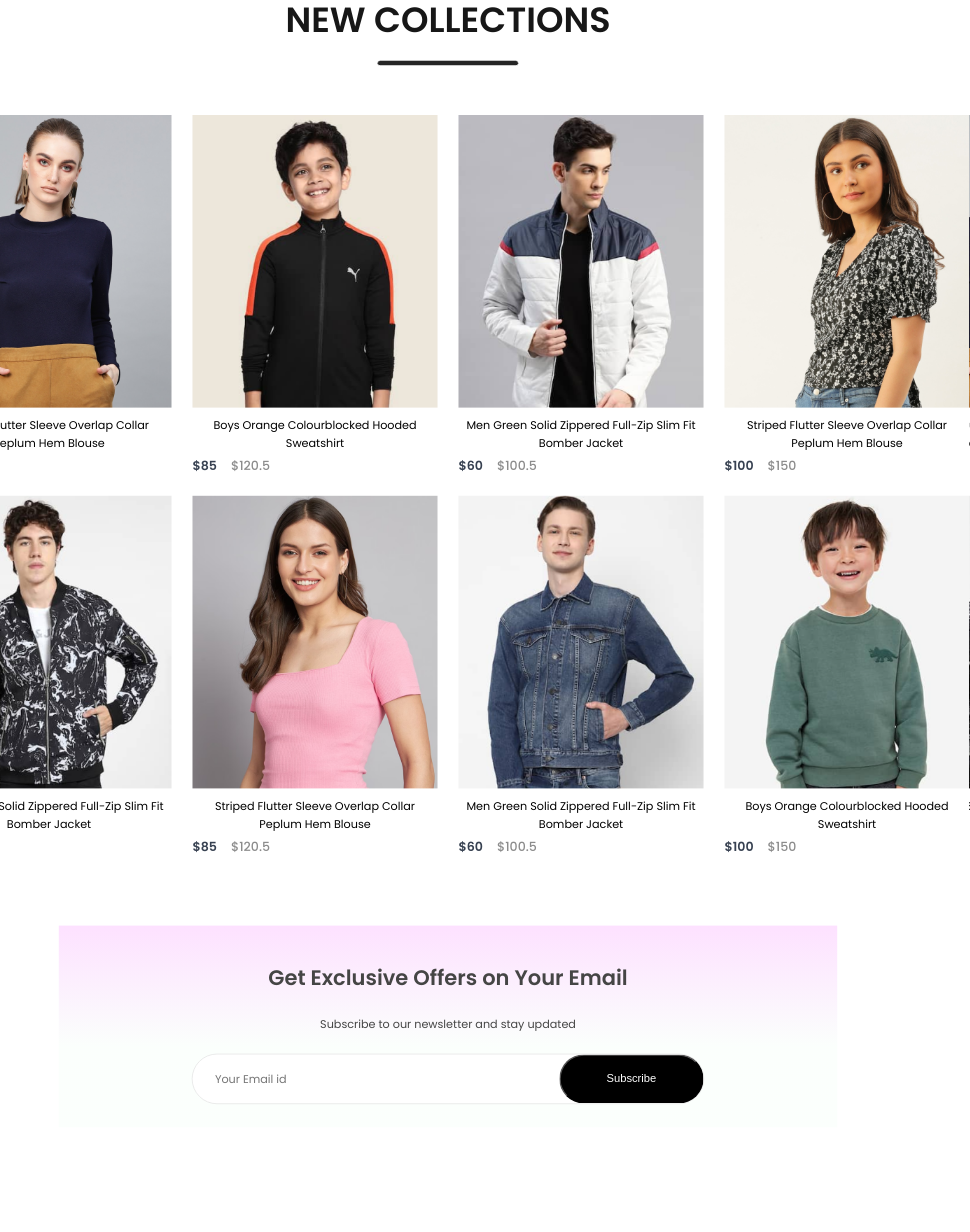
Repository: saritha55/EcommerceReactJs
Page: /
An editor plug-in stored every save of this project. The page is shown before and after the next save, followed by the edit.
The browser window is 1280 px wide. The page is 1385 px wide, so the pictures cover 1385 px, including what lies to the right of the window. The pictures show the part of the page from y = 2056 to 3816 px (the page is 3816 px tall), at 70% of full size.
The project was rebuilt for these pictures with package versions that can differ from the ones it lists, and the page was loaded fresh each time. Also part of the build but not shown: src/Pages/ShopCategory.jsx, src/Pages/Product.jsx, src/Pages/Cart.jsx, src/Pages/LoginSignup.jsx.

Above is the page before, as saved 2024-12-02 17:34:29.

### public/index.html
<!DOCTYPE html>
<html lang="en">
  <head>
    <meta charset="utf-8" />
    <link rel="icon" href="%PUBLIC_URL%/favicon.ico" />
    <meta name="viewport" content="width=device-width, initial-scale=1" />
    <meta name="theme-color" content="#000000" />
    <meta
      name="description"
      content="Web site created using create-react-app"
    />
    <link rel="apple-touch-icon" href="%PUBLIC_URL%/logo192.png" />
    <!--
      manifest.json provides metadata used when your web app is installed on a
      user's mobile device or desktop. See https://developers.google.com/web/fundamentals/web-app-manifest/
    -->
    <link rel="manifest" href="%PUBLIC_URL%/manifest.json" />

    <link rel="preconnect" href="https://fonts.googleapis.com">
    <link rel="preconnect" href="https://fonts.gstatic.com" crossorigin>
    <link href="https://fonts.googleapis.com/css2?family=Poppins:ital,wght@0,100;0,200;0,300;0,400;0,500;0,600;0,700;0,800;0,900;1,100;1,200;1,300;1,400;1,500;1,600;1,700;1,800;1,900&display=swap" rel="stylesheet">
    <!--
      Notice the use of %PUBLIC_URL% in the tags above.
      It will be replaced with the URL of the `public` folder during the build.
      Only files inside the `public` folder can be referenced from the HTML.

      Unlike "/favicon.ico" or "favicon.ico", "%PUBLIC_URL%/favicon.ico" will
      work correctly both with client-side routing and a non-root public URL.
      Learn how to configure a non-root public URL by running `npm run build`.
    -->
    <title>E-commerce</title>
  </head>
  <body>
    <noscript>You need to enable JavaScript to run this app.</noscript>
    <div id="root"></div>
    <!--
      This HTML file is a template.
      If you open it directly in the browser, you will see an empty page.

      You can add webfonts, meta tags, or analytics to this file.
      The build step will place the bundled scripts into the <body> tag.

      To begin the development, run `npm start` or `yarn start`.
      To create a production bundle, use `npm run build` or `yarn build`.
    -->
  </body>
</html>

### src/App.js
import './App.css';
import Navbar from './Components/Navbar/Navbar';
import { BrowserRouter, Routes,Route } from 'react-router-dom';
import Shop from './Pages/Shop';
import ShopCategory
 from './Pages/ShopCategory';
import Product from './Pages/Product';
import Cart from './Pages/Cart';
import LoginSignup from './Pages/LoginSignup';

function App() {
  return (
    <div className="App">
      <BrowserRouter>
      <Navbar />
      <Routes>
        <Route path ='/' element={<Shop/>} />
        <Route path ='/mens' element={<ShopCategory category="men"/>} />
        <Route path ='/womens' element={<ShopCategory category="women"/>} />
        <Route path ='/kids' element={<ShopCategory category="kid"/>} />
        <Route path="product" element={<Product/>}>
            <Route path=':productId' element={<Product/>} />
        </Route>
        <Route path ='/cart' element={<Cart/>} />
        <Route path ='/login' element={<LoginSignup/>} />

      </Routes>
      </BrowserRouter>
    </div>
  );
}

export default App;

### src/Components/Navbar/Navbar.jsx
import React from 'react'
import { useState } from 'react'
import './Navbar.css'
import logo from '../Assets/logo.png'
import cart_icon from '../Assets/cart_icon.png'
import { Link } from 'react-router-dom'

const Navbar = () => {

    const [menu,setMenu] = useState("shop");

  return (
    <div className='navbar'>
      <div className="nav-logo">
        <img src={logo} alt="" />
        <p>SHOPPER</p>
      </div>
      <ul className="nav-menu">
        <li onClick={()=>{setMenu("shop")}} > <Link  style={{ textDecoration: 'none'}} to='/'>Shop</Link> {menu==="shop"?<hr/>:<></>} </li>
        <li onClick={()=>{setMenu("mens")}}><Link style={{ textDecoration: 'none'}} to='/mens'>Men </Link>{menu==="mens"?<hr/>:<></>}</li>
        <li onClick={()=>{setMenu("womens")}}><Link style={{ textDecoration: 'none'}} to='/womens'>Women </Link> {menu==="womens"?<hr/>:<></>}</li>
        <li onClick={()=>{setMenu("kids")}}> <Link style={{ textDecoration: 'none'}} to='/kids'>Kids</Link> {menu==="kids"?<hr/>:<></>}</li>
      </ul>
      <div className="nav-login-cart">
        <Link to='/login'><button>Login</button></Link>
        <Link to='/cart'><img src={cart_icon} alt="" /></Link>
        <div className="nav-cart-count">0</div>
      </div>
    </div>
  )
}

export default Navbar

### src/Components/Navbar/Navbar.css
.navbar{
    display: flex;
    justify-content: space-around;
    padding: 16px;
    box-shadow: 0 1px 3px -2px black;
}

.nav-logo{
    display: flex;
    align-items: center;
    gap: 10px;
}
.nav-logo p{
    color: #171717;
    font-size: 38px;
    font-weight: 600;
}
.nav-menu{
    display: flex;
    align-items: center;
    list-style: none;
    gap: 50px;
    color: #626262;
    font-size: 20px;
    font-weight: 500;
}
.nav-menu li{
    display: flex;
    flex-direction: column;
    align-items: center;
    gap: 3px;
    cursor: pointer;
}
.nav-menu hr{
    border: none;
    width: 80%;
    height: 3px;
    border-radius: 10px;
    background: #ff4141;
}
.nav-login-cart{
    display: flex;
    align-items: center;
    gap: 45px;
}
.nav-login-cart button{
    width: 157px;
    height: 58px;
    outline: none;
    border: 1px solid #7a7a7a;
    border-radius: 75px;
    color: #515151;
    font-size: 20px;
    font-weight: 500;
    background: white;
    cursor: pointer;

}
.nav-login-cart button:active{
    background: #f3f3f3;
}
.nav-cart-count{
    width: 22px;
    height: 22px;
    display: flex;
    justify-content: center;
    align-items: center;
    margin-top: -35px;
    margin-left: -55px;
    border-radius: 11px;
    font-size: 14px;
    background: red;
    color: white;
}

### src/Components/Hero/Hero.jsx
import React from 'react'
import './Hero.css'
import hand_icon from '../Assets/hand_icon.png'
import arrow_icon from '../Assets/arrow.png'
import hero_image from '../Assets/hero_image.png'

const Hero = () => {
  return (
    <div className='hero'>
      <div className="hero-left">
        <h2>New ARRIVALS ONLY</h2>
        <div>
            <div className="hero-hand-icon">
                <p>new</p>
                <img src={hand_icon} alt="" />
            </div>
            <p>Collections</p>
            <p>for everyone</p>
        </div>
        <div className="hero-latest-btn">
            <div>Latest Collection</div>
            <img src={arrow_icon} alt="" />
        </div>
      </div>
      <div className="hero-right">
        <img src={hero_image} alt="" />

      </div>
    </div>
  )
}

export default Hero

### src/Components/Popular/Popular.jsx
import React from 'react'
import './Popular.css'
import data_product from '../Assets/data'
import Item from '../Item/Item'


const Popular = () => {
  return (
    <div className='popular'>
      <h1>POPULAR IN WOMEN</h1>
      <hr />
      <div className="popular-item">
        {data_product.map((item,i)=>{
            return <Item key={i} id={item.id} name={item.name} image={item.image} new_price={item.new_price} old_price={item.old_price} />
        })}
      </div>
    </div>
  )
}

export default Popular

### src/Components/Offers/Offers.jsx
import React from 'react'
import './Offers.css'
import exclusive_image from '../Assets/exclusive_image.png'

const Offers = () => {
  return (
    <div className='offers'>
      <div className="offers-left">
        <h1>Exclusive</h1>
        <h1>Offers For You</h1>
        <p>ONLY ON BEST SELLERS PRODUCTS</p>
        <button>Check Now</button>
      </div>
      <div className="offers-right">
            <img src={exclusive_image} alt="" />
      </div>
    </div>
  )
}

export default Offers

### src/Components/NewCollections/NewCollections.jsx
import React from 'react'
import './NewCollections.css'
import new_collection from '../Assets/new_collections'
import Item from '../Item/Item'

const NewCollections = () => {
  return (
    <div className='newcollections'>
      <h1>NEW COLLECTIONS</h1>
      <hr />
      <div className="collections">
      {new_collection.map((item,i)=>{
            return <Item key={i} id={item.id} name={item.name} image={item.image} new_price={item.new_price} old_price={item.old_price} />
        })}
      </div>
    </div>
  )
}

export default NewCollections

### src/Components/NewsLetter/NewsLetter.jsx
import React from 'react'
import './NewsLetter.css'

const NewsLetter = () => {
  return (
    <div className='newsletter'>
      <h1>Get Exclusive Offers on Your Email</h1>
      <p>Subscribe to our newsletter and stay updated</p>
      <div>
        <input type="email" placeholder='Your Email id' />
        <button>Subscribe</button>

      </div>
    </div>
  )
}

export default NewsLetter

### src/Components/Hero/Hero.css
.hero{
    height: 100vh;
    background: linear-gradient(180deg, #fde1ff, #e1ffea22 60%);
    display: flex;

}
.hero-left{
    flex: 1;
    display: flex;
    flex-direction: column;
    justify-content: center;
    gap: 20px;
    padding-left: 180px;
    line-height: 1.1;

}
.hero-left h2{
    color: #090909;
    font-size: 26px;
    font-weight: 600;
}
.hero-left p{
    color: #171717;
    font-size: 45px;
    font-weight: 700;
}
.hero-hand-icon{
   display: flex;
   align-items: center;
   gap: 20px;
}
.hero-hand-icon img{
    width: 105px;
}
.hero-latest-btn{
    display: flex;
    justify-content: center;
    align-items: center;
    gap: 15px;
    width: 310px;
    height: 70px;
    border-radius: 75px;
    margin-top: 30px;
    background: #ff4141;
    color: white;
    font-size: 22px;
    font-weight: 500;

}
.hero-right{
    flex: 1;
    display: flex;
    align-items: center;
    justify-content: center;
}
.hero-right img{
    width: 80%;

}

### src/Components/Popular/Popular.css
.popular{
    display: flex;
    flex-direction: column;
    align-items: center;
    gap: 10px;
    height: 90vh;
}

.popular h1{
    color: #171717;
    font-size: 50px;
    font-weight: 600;
}
.popular hr{
    width: 200px;
    height: 6px;
    border-radius: 10px;
    background: #252525;
}

.popular-item{
    margin-top: 50px;
    display: flex;
    gap: 30px;
}

### src/Components/Assets/data.js
import p1_img from './product_1.png'
import p2_img from './product_2.png'
import p3_img from './product_3.png'
import p4_img from './product_4.png'

let data_product = [
  {
    id:1,
    name:"Striped Flutter Sleeve Overlap Collar Peplum Hem Blouse",
    image:p1_img,
    new_price:50.00,
    old_price:80.50,
  },
  {id:2,
    name:"Striped Flutter Sleeve Overlap Collar Peplum Hem Blouse",
    image:p2_img,
    new_price:85.00,
    old_price:120.50,
  },
  {id:3,
    name:"Striped Flutter Sleeve Overlap Collar Peplum Hem Blouse",
    image:p3_img,
    new_price:60.00,
    old_price:100.50,
  },
  {id:4,
    name:"Striped Flutter Sleeve Overlap Collar Peplum Hem Blouse",
    image:p4_img,
    new_price:100.00,
    old_price:150.00,
  },
];

export default data_product;

### src/Components/Item/Item.jsx
import React from 'react'
import './Item.css'

const Item = (props) => {
  return (
    <div className='item'>
        <img src={props.image} alt="" />
        <p>{props.name}</p>
        <div className="item-prices">
            <div className="item-price-new">
                ${props.new_price}
            </div>
            <div className="item-price-old">
                ${props.old_price}
            </div>

        </div>

    </div>
  )
}

export default Item

### src/Components/Offers/Offers.css
.offers{
    width: 65%;
    height: 60vh;
    display: flex;
    margin: auto;
    padding: 0px 140px;
    margin-bottom: 150px;
    background: linear-gradient(180deg, #fde1ff 0%,#e1ffea22 60%);

}
.offers-left{
    flex: 1;
    display: flex;
    flex-direction: column;
    justify-content: center;
}
.offers-left h1{
    color: #171717;
    font-size: 80px;
    font-weight: 600;
}
.offers-left p{
    color: #171717;
    font-size: 22px;
    font-weight: 600;
}
.offers-left button{
    width: 282px;
    height: 70px;
    border-radius: 35px;
    background: #ff4141;
    border: none;
    color: white;
    font-size: 22px;
    font-weight: 500;
    margin-top: 30px;
    cursor: pointer;

}
.offers-right{
    flex: 1;
    display: flex;
    align-items: center;
    justify-content: flex-end;
    padding-top: 50px;
}

### src/Components/NewCollections/NewCollections.css
.newcollections{
    display: flex;
    flex-direction: column;
    align-items: center;
    gap: 20px;
    margin-bottom: 100px;
}

.newcollections h1{
    color: #171717;
    font-size: 50px;
    font-weight: 600;
}
.newcollections hr{
    width: 200px;
    height: 6px;
    border-radius: 10px;
    background: #252525;
}

.collections{
    display: grid;
    grid-template-columns: 1fr 1fr 1fr 1fr;
    margin-top: 50px;
    gap: 30px;
}

### src/Components/Assets/new_collections.js
import p1_img from "./product_12.png";
import p2_img from "./product_35.png";
import p3_img from "./product_14.png";
import p4_img from "./product_8.png";
import p5_img from "./product_15.png";
import p6_img from "./product_2.png";
import p7_img from "./product_17.png";
import p8_img from "./product_28.png";

let new_collections = [
  {
    id: 12,
    name: "Striped Flutter Sleeve Overlap Collar Peplum Hem Blouse",
    image: p1_img,
    new_price: 50.0,
    old_price: 80.5,
  },
  {
    id: 35,
    name: "Boys Orange Colourblocked Hooded Sweatshirt",
    image: p2_img,
    new_price: 85.0,
    old_price: 120.5,
  },
  {
    id: 14,
    name: "Men Green Solid Zippered Full-Zip Slim Fit Bomber Jacket",
    image: p3_img,
    new_price: 60.0,
    old_price: 100.5,
  },
  {
    id: 8,
    name: "Striped Flutter Sleeve Overlap Collar Peplum Hem Blouse",
    image: p4_img,
    new_price: 100.0,
    old_price: 150.0,
  },
  {
    id: 15,
    name: "Men Green Solid Zippered Full-Zip Slim Fit Bomber Jacket",
    image: p5_img,
    new_price: 50.0,
    old_price: 80.5,
  },
  {
    id: 2,
    name: "Striped Flutter Sleeve Overlap Collar Peplum Hem Blouse",
    image: p6_img,
    new_price: 85.0,
    old_price: 120.5,
  },
  {
    id: 17,
    name: "Men Green Solid Zippered Full-Zip Slim Fit Bomber Jacket",
    image: p7_img,
    new_price: 60.0,
    old_price: 100.5,
  },
  {
    id: 28,
    name: "Boys Orange Colourblocked Hooded Sweatshirt",
    image: p8_img,
    new_price: 100.0,
    old_price: 150.0,
  },
];

export default new_collections;

### src/Components/NewsLetter/NewsLetter.css
.newsletter{
    width: 65%;
    height: 40vh;
    display: flex;
    flex-direction: column;
    align-items: center;
    justify-content: center;
    margin: auto;
    padding: 0px 140px;
    margin-bottom: 150px;
    background: linear-gradient(180deg, #fde1ff 0%,
    #e1ffea22 60%);
    gap: 30px;

}

.newsletter h1{
    color: #454545;
    font-size: 30px;
    font-weight: 600;
    margin-top: 20px;

}

.newsletter p{
    color: #454545;
    font-size: 16px;
}

.newsletter div{
    display: flex;
    align-items: center;
    justify-content: space-between;
    background: white;
    width: 730px;
    height: 70px;
    border-radius: 80px;
    border: 1px solid #e3e3e3;

}
.newsletter input{
    width: 500px;
    margin-left: 30px;
    border: none;
    outline: none;
    color: #616161;
    font-family: 'poppins';
    font-size: 16px;
}

.newsletter div button{
    width: 210px;
    height: 70px;
    border-radius: 80px;
    background: black;
    color: white;
    font-size: 16px;
    cursor: pointer;
}

### src/Components/Item/Item.css
.item{
    width: 350px;
}

.item p{
    margin: 6px 0px;

}

.item-prices{
    display: flex;
    gap: 20px;
}
.item-price-new{
    color: #374151;
    font-size: 18px;
    font-weight: 600;
}
.item-price-old{
    color: #8c8c8c;
    font-size: 18px;
    font-weight: 500;
}

Loaded but not shown: src/index.js (common file); src/index.css (common file); src/reportWebVitals.js (common file); src/App.css (common file); src/Pages/Shop.jsx (common file)

After the next save:
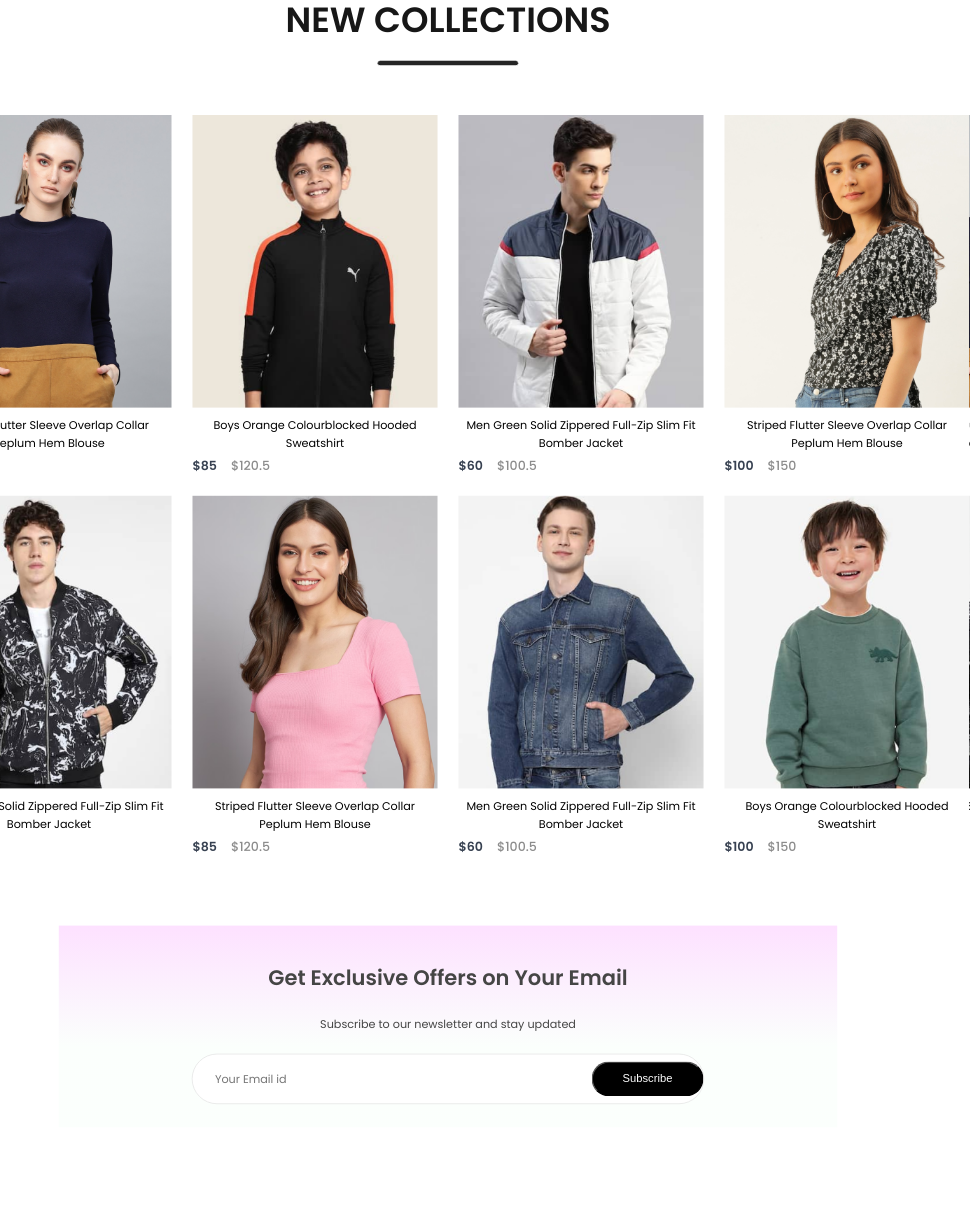
Saved 48 s later.
--- a/src/Components/NewsLetter/NewsLetter.css
+++ b/src/Components/NewsLetter/NewsLetter.css
@@ -49,8 +49,8 @@
 }
 
 .newsletter div button{
-    width: 210px;
-    height: 70px;
+    width: 160px;
+    height: 50px;
     border-radius: 80px;
     background: black;
     color: white;
